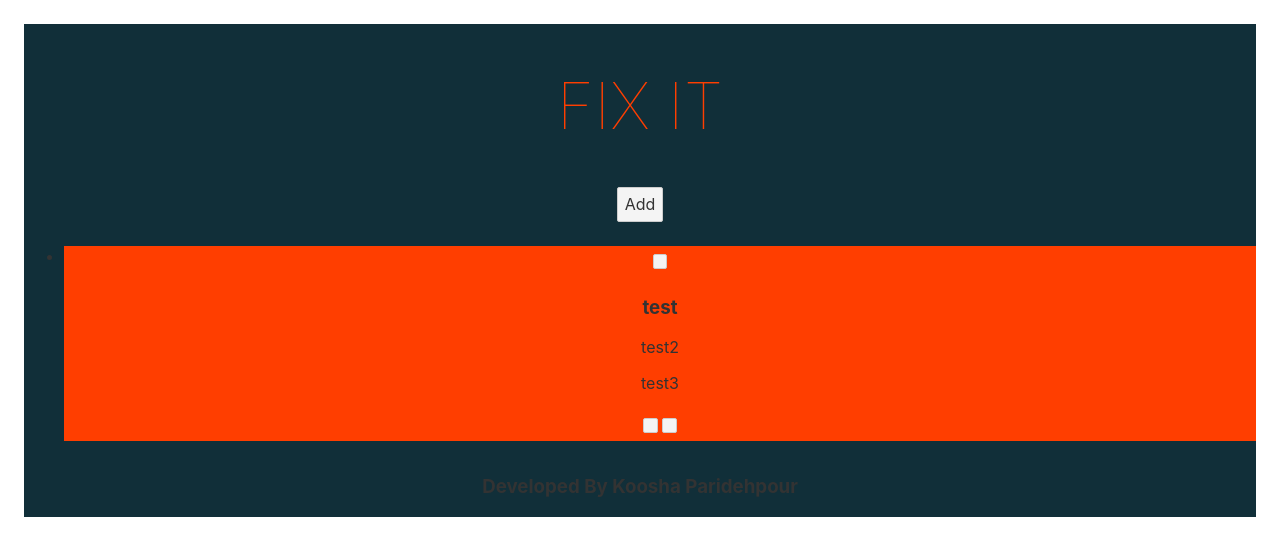
Repository: KooshaPari/fixit-go
Page: / (app in frontend/)
An editor plug-in stored every save of this project. The page is shown before and after a run of saves, followed by the edit.
The browser window is 1280 px wide. The pictures show the whole page.
The project was rebuilt for these pictures with package versions that can differ from the ones it lists, and the page was loaded fresh each time.

Above is the page before, as saved 2024-09-23 20:39:26.

After the next 5 saves:
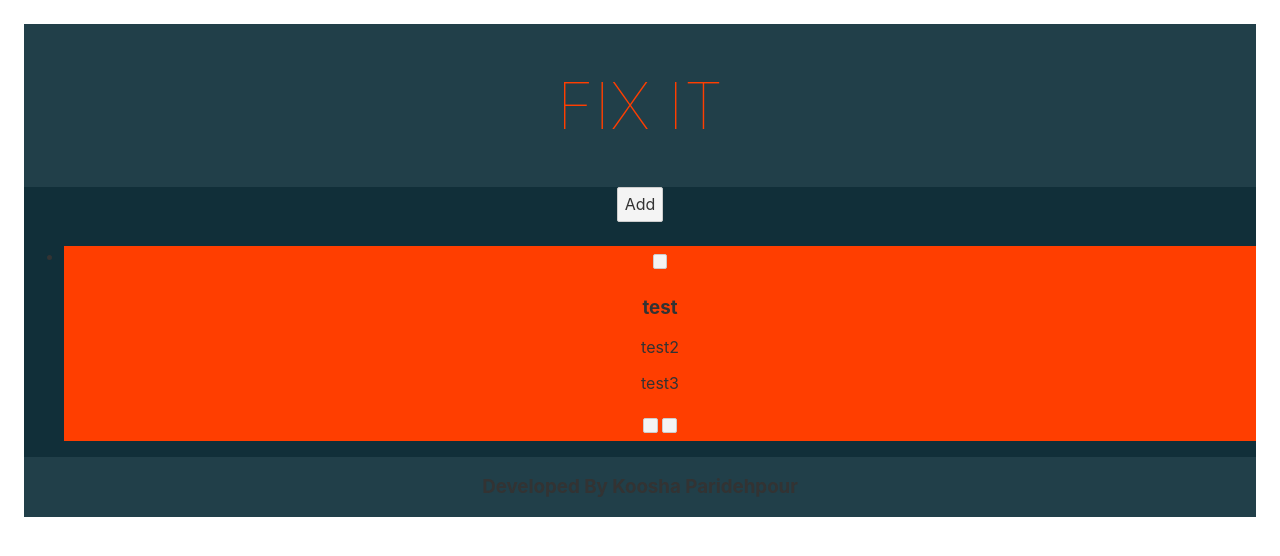
The 5 saves are shown as one change because 1 did not build or start and some came seconds apart.
The last was saved 23 s later.
--- a/frontend/src/App.svelte
+++ b/frontend/src/App.svelte
@@ -109,4 +109,8 @@
 		flex-direction: column;
 		background-color: #112F39
 	}
+	#header, #footer{
+		background-color: #213f49;
+	}
+
 </style>
